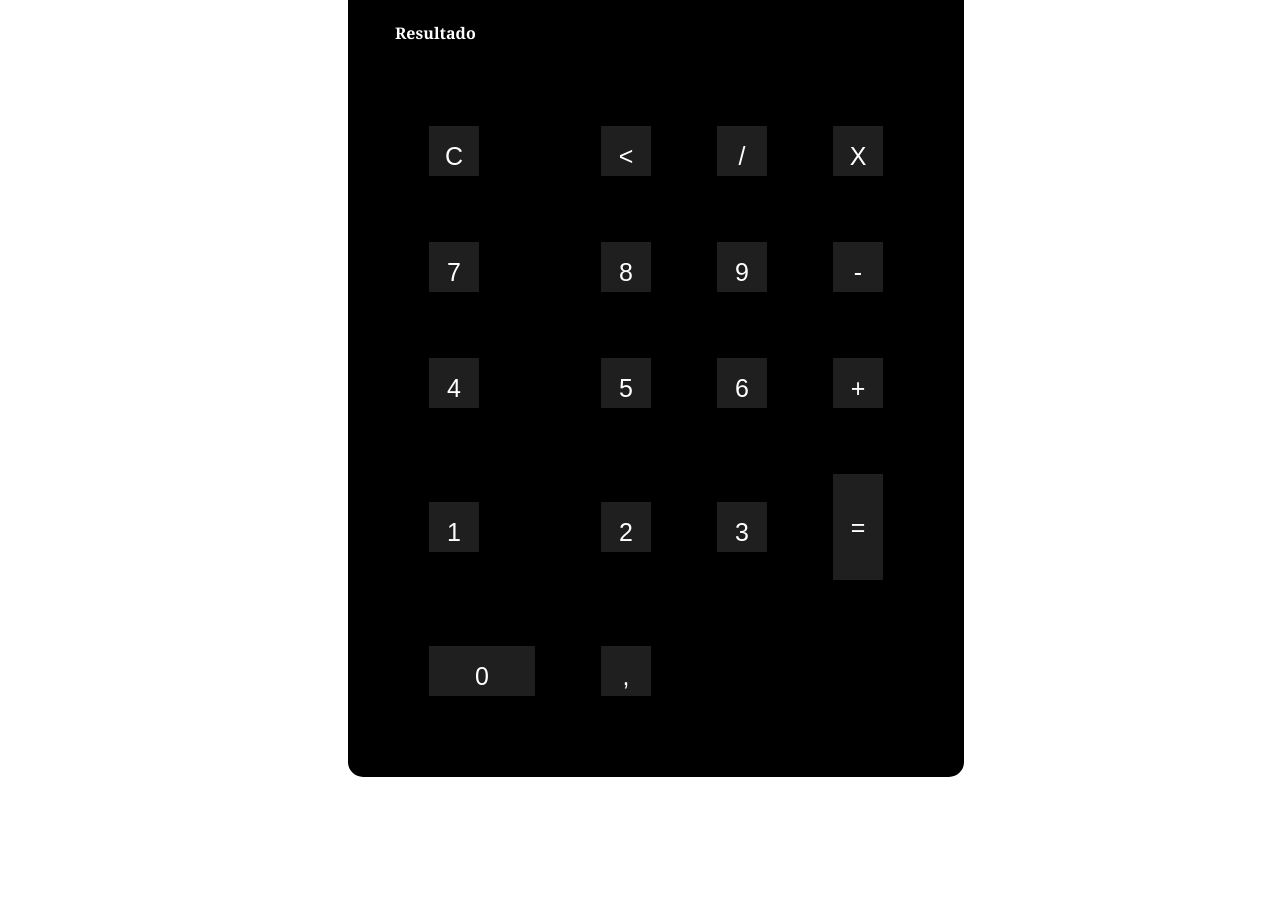
Repository: marllon-hetzler/calculadora.js
Page: interface.html
These files come from the project's save history. The page is drawn as it stood at one moment and after the next save; the edit follows.
The browser window is 1280 px wide. The pictures show the whole page.

Above is the page before, as saved 2022-11-04 19:25:09.

After the next save:
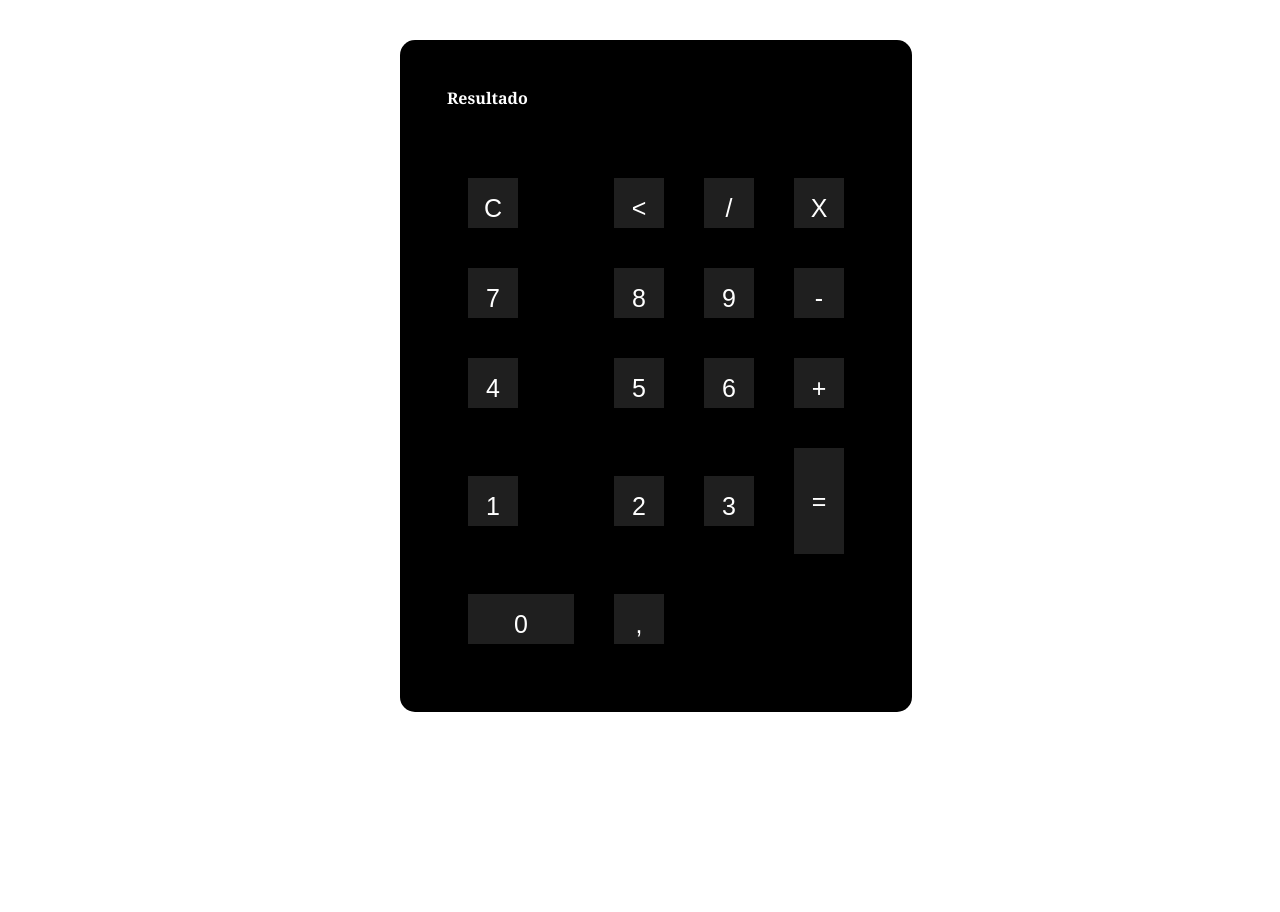
Saved 34 s later.
--- a/interface.html
+++ b/interface.html
@@ -39,6 +39,7 @@
             background-color: rgb(31,31,31) ;
             border: none;
             color:white;
+            margin: 3px;
 
             }
         .botao:hover{
